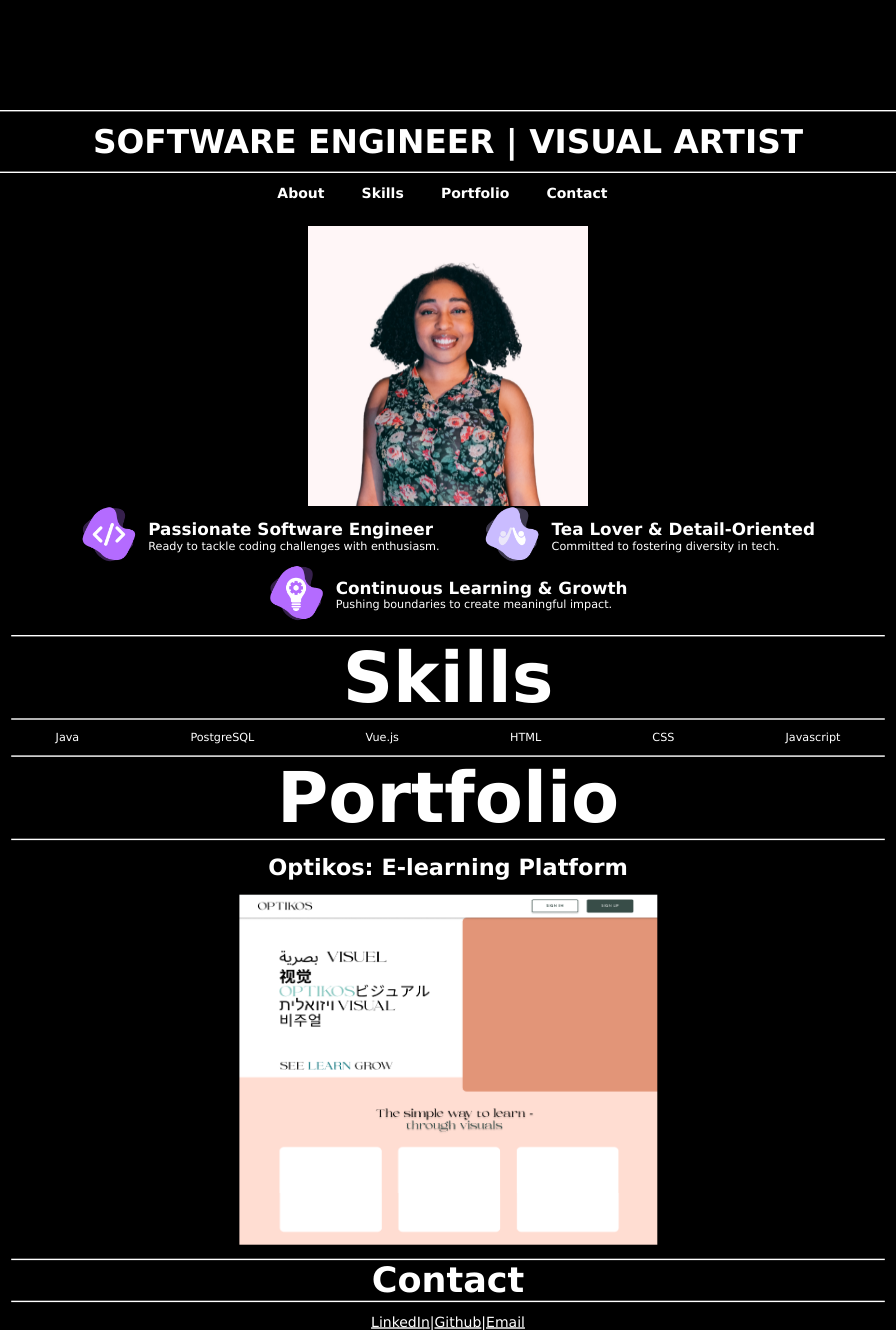
Repository: woodsdeshe/portfolio
Page: index.html
These files come from the project's save history. The page is drawn as it stood at one moment and after the next save; the edit follows.
The browser window is 1280 px wide. The pictures show the part of the page from y = 563 to 2483 px (the page is 2463 px tall before and 2483 px after), at 70% of full size.
Pictures or frames that could not be fetched are drawn as grey boxes. Some web fonts or font styles are not loaded; a fallback is used.

Above is the page before, as saved 2023-06-11 15:36:35.

After the next save:
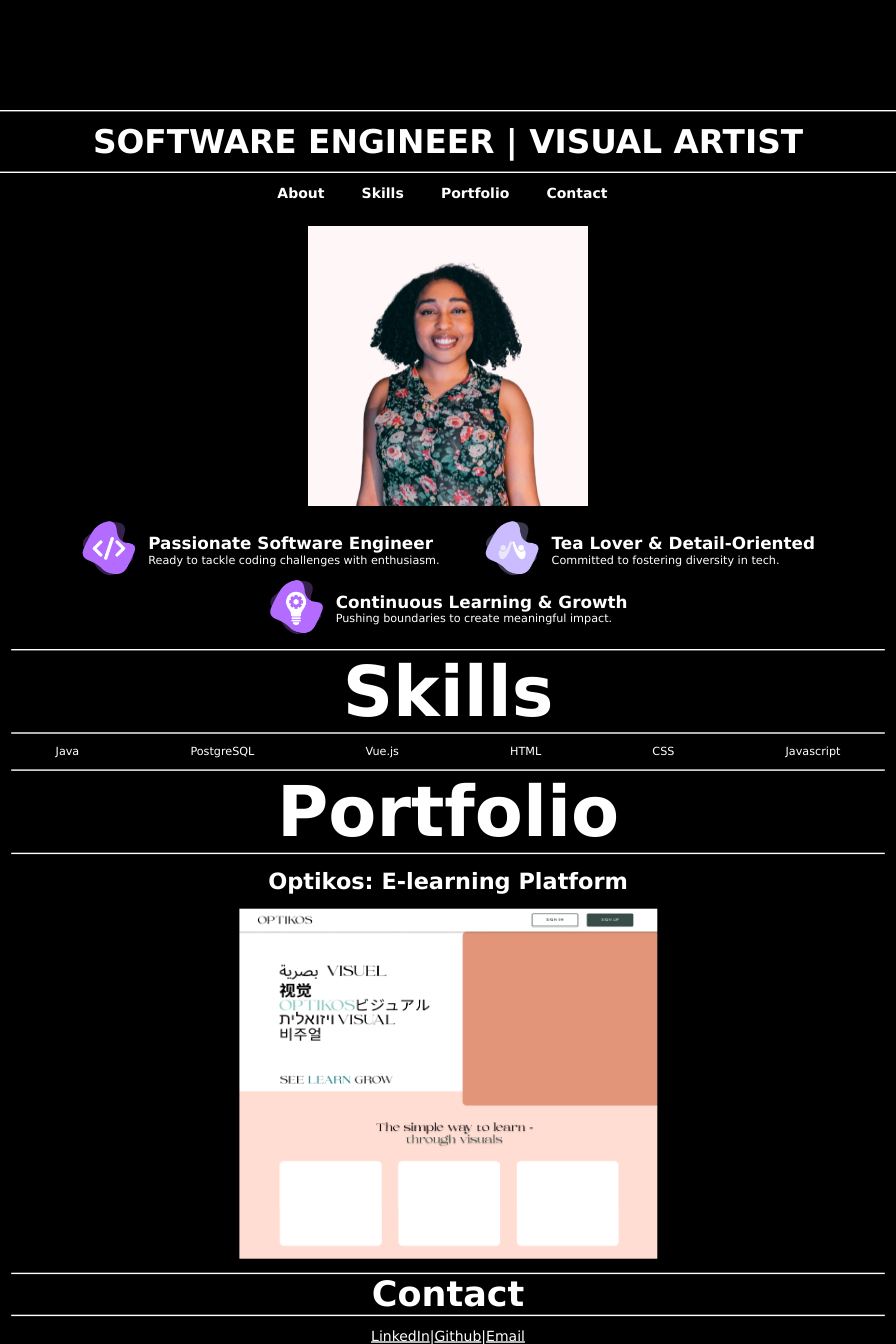
Saved 9 s later.
--- a/style.css
+++ b/style.css
@@ -96,7 +96,7 @@
     margin-left: auto;
     margin-right: auto;
     margin-top: 20px;
-    margin-bottom: auto;
+    margin-bottom: 20px;
 }
 
 

After the save that followed:
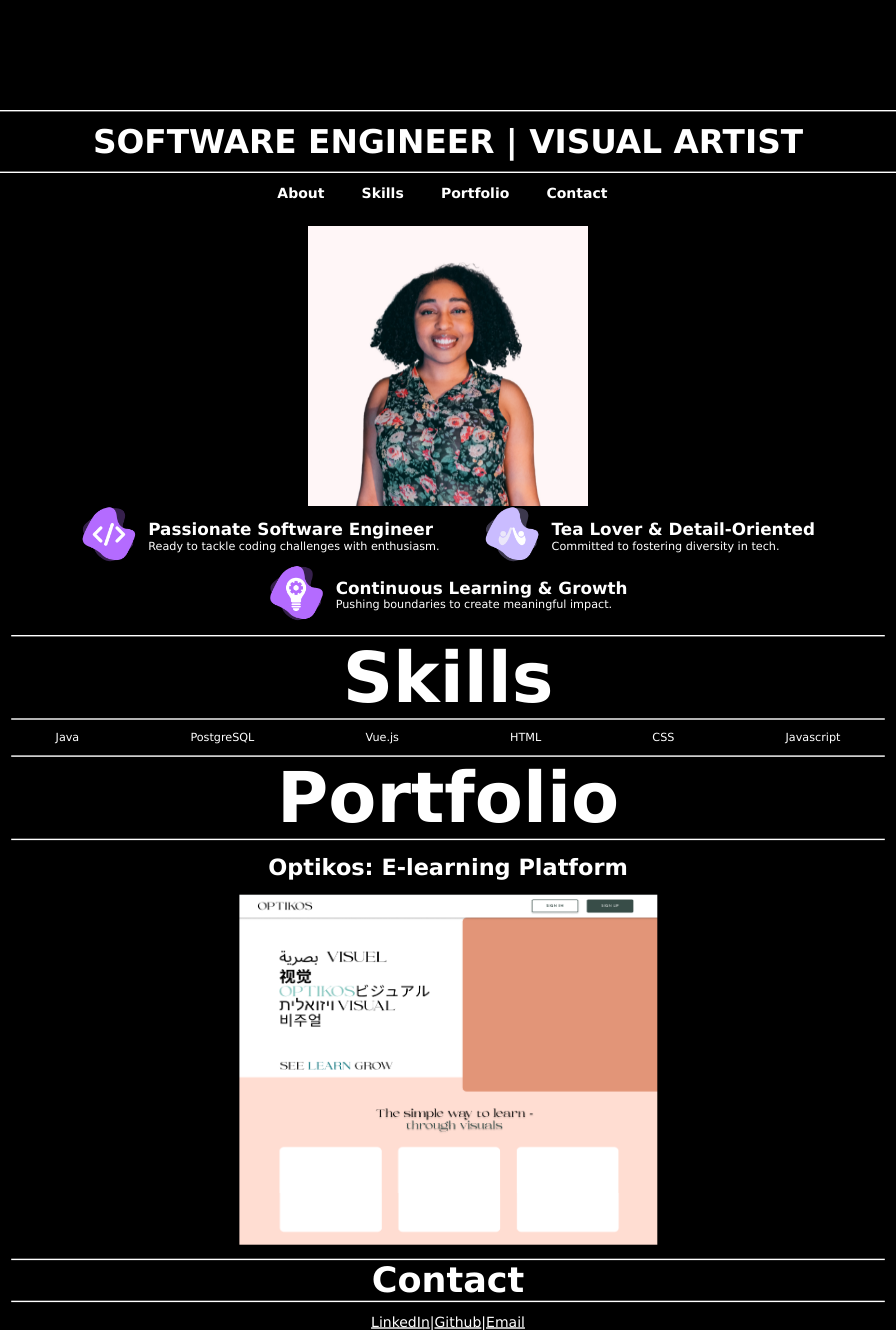
Saved 30 s later.
--- a/style.css
+++ b/style.css
@@ -96,7 +96,7 @@
     margin-left: auto;
     margin-right: auto;
     margin-top: 20px;
-    margin-bottom: 20px;
+    margin-bottom: auto;
 }
 
 
